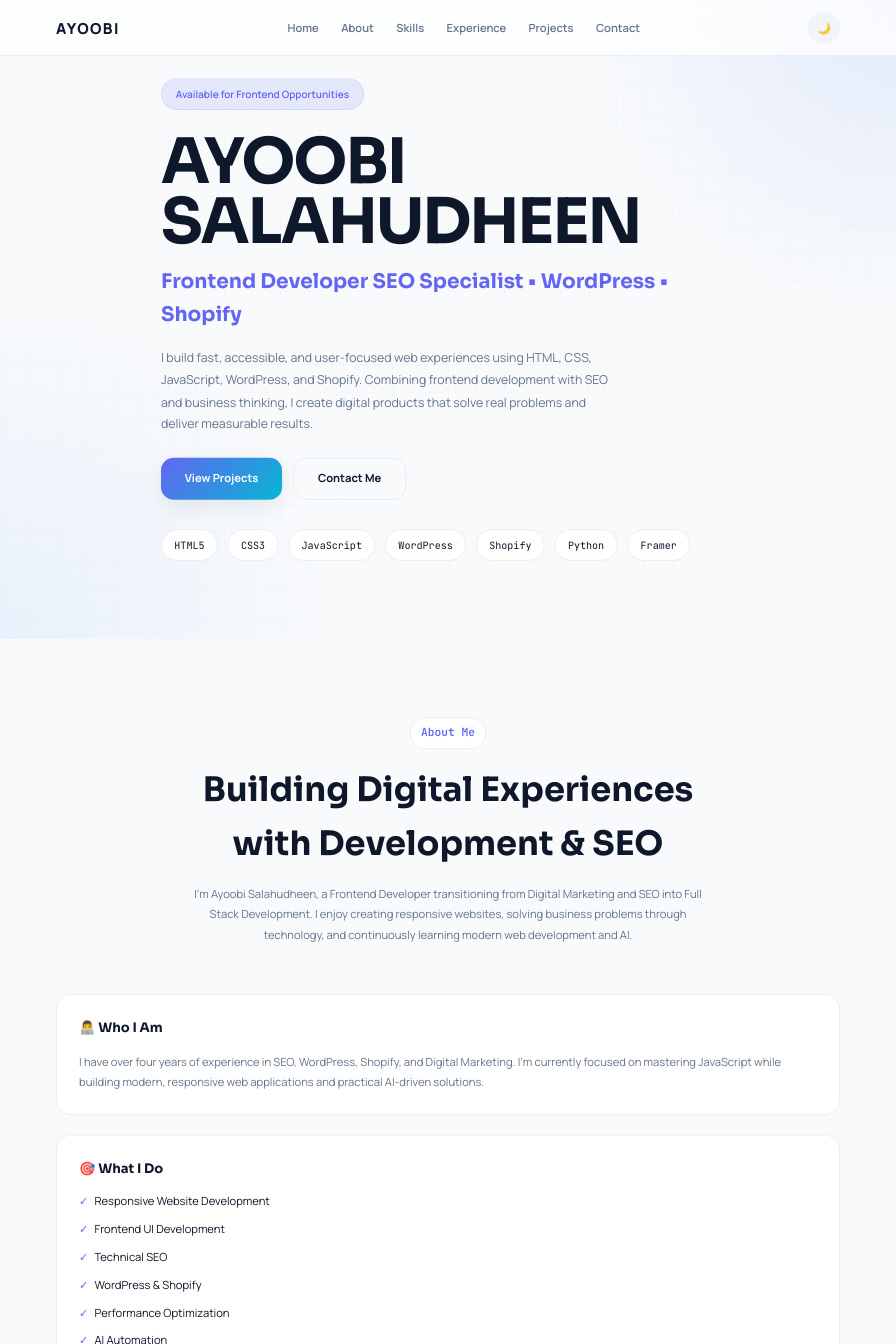
Repository: Aybscoder/portfolio
Page: index.html
These files come from the project's save history. The page is drawn as it stood at one moment and after the next save; the edit follows.
The browser window is 1280 px wide. The pictures show the part of the page from y = 0 to 1920 px (the page is 10005 px tall), at 70% of full size.

Above is the page before, as saved 2026-07-10 14:20:11.

### index.html
<!DOCTYPE html>
<html lang="en">
<head>
<meta charset="UTF-8">
<meta name="viewport" content="width=device-width, initial-scale=1.0">
<meta name="description" content="Portfolio of Ayoobi Salahudheen">
<link rel="preconnect" href="https://fonts.googleapis.com">
<link rel="preconnect" href="https://fonts.gstatic.com" crossorigin>
<link rel="stylesheet" href="https://cdnjs.cloudflare.com/ajax/libs/font-awesome/6.7.2/css/all.min.css">
<link href="https://fonts.googleapis.com/css2?family=JetBrains+Mono:wght@400;600&family=Manrope:wght@400;500;600;700;800&family=Sora:wght@500;600;700;800&display=swap" rel="stylesheet">
<title>Ayoobi Salahudheen | Frontend Developer</title>

<link rel="icon" href="assets/icons/favicon.svg" type="image/svg+xml">

<link rel="stylesheet" href="css/reset.css">
<link rel="stylesheet" href="css/variables.css">
<link rel="stylesheet" href="css/layout.css">
<link rel="stylesheet" href="css/components.css">
<link rel="stylesheet" href="css/sections.css">
<link rel="stylesheet" href="css/animations.css">
<link rel="stylesheet" href="css/responsive.css">
</head>
<body>

<div class="scroll-progress"></div>

<header id="header">
<div class="container nav-wrapper">
<a class="logo" href="#home">AYOOBI</a>

<nav id="nav">
<a href="#home">Home</a>
<a href="#about">About</a>
<a href="#skills">Skills</a>
<a href="#experience">Experience</a>
<a href="#projects">Projects</a>
<a href="#contact">Contact</a>
</nav>

<div class="nav-actions">
<button id="themeToggle">🌙</button>
<button id="menuToggle">☰</button>
</div>

</div>
</header>

<main>

<section id="home" class="hero">
<div class="container hero-content">

<span class="badge">Available for Frontend Opportunities</span>

<h1>AYOOBI<br>SALAHUDHEEN</h1>

<h2>Frontend Developer
SEO Specialist • WordPress • Shopify</h2>

<p>
I build fast, accessible, and user-focused web experiences using HTML, CSS, JavaScript, WordPress, and Shopify. Combining frontend development with SEO and business thinking, I create digital products that solve real problems and deliver measurable results.

</p>

<div class="hero-buttons">
<a class="btn btn-primary" href="#projects">View Projects</a>
<a class="btn btn-secondary" href="#contact">Contact Me</a>
</div>

<ul class="hero-tags">
<li>HTML5</li>
<li>CSS3</li>
<li>JavaScript</li>
<li>WordPress</li>
<li>Shopify</li>
<li>Python</li>
<li>Framer</li>
</ul>

</div>
</section>

<section id="about" class="about">

    <div class="container">

        <div class="section-header">

            <span class="section-tag">
                About Me
            </span>

            <h2>
                Building Digital Experiences with Development & SEO
            </h2>

            <p>
                I'm Ayoobi Salahudheen, a Frontend Developer transitioning from Digital Marketing and SEO into Full Stack Development. I enjoy creating responsive websites, solving business problems through technology, and continuously learning modern web development and AI.
            </p>

        </div>

        <div class="about-grid">

            <article class="about-card">

                <h3>👨‍💻 Who I Am</h3>

                <p>
                    I have over four years of experience in SEO, WordPress, Shopify, and Digital Marketing. I'm currently focused on mastering JavaScript while building modern, responsive web applications and practical AI-driven solutions.
                </p>

            </article>

            <article class="about-card">

                <h3>🎯 What I Do</h3>

                <ul>

                    <li>Responsive Website Development</li>

                    <li>Frontend UI Development</li>

                    <li>Technical SEO</li>

                    <li>WordPress & Shopify</li>

                    <li>Performance Optimization</li>

                    <li>AI Automation</li>

                </ul>

            </article>

            <article class="about-card">

                <h3>🚀 Career Vision</h3>

                <p>
                    My goal is to become a Full Stack Developer who combines frontend development, backend technologies, AI, and business strategy to build scalable products that solve real-world problems.
                </p>

            </article>

            <div class="stats-card">

                <div class="stat stat-blue">
                    <h2>4+</h2>
                    <span>Years Experience</span>
                </div>

                <div class="stat stat-green">
                    <h2>50+</h2>
                    <span>Projects</span>
                </div>

                <div class="stat stat-orange">
                    <h2>20+</h2>
                    <span>Clients</span>
                </div>

                <div class="stat stat-pink">
                    <h2>∞</h2>
                    <span>Learning</span>
                </div>

            </div>

        </div>

    </div>

</section>
<section id="skills" class="skills">

    <div class="container">

        <div class="section-header">

            <span class="section-tag">Skills</span>

            <h2>Technologies & Tools</h2>

            <p>
                A combination of frontend development, SEO expertise, CMS platforms, and modern tools that help me build fast, responsive, and business-focused digital experiences.
            </p>

        </div>

        <div class="skills-grid">

            <div class="skill-card">

                <h3>🌐 Frontend Development</h3>

                <ul>
                    <li>HTML5</li>
                    <li>CSS3</li>
                    <li>JavaScript (ES6+)</li>
                    <li>Responsive Design</li>
                    <li>Flexbox & Grid</li>
                    <li>DOM Manipulation</li>
                </ul>

            </div>

            <div class="skill-card">

                <h3>⚛️ Currently Learning</h3>

                <ul>
                    <li>React.js</li>
                    <li>Next.js</li>
                    <li>Node.js</li>
                    <li>Python</li>
                    <li>REST APIs</li>
                    <li>AI Integration</li>
                </ul>

            </div>

            <div class="skill-card">

                <h3>🛒 CMS & Platforms</h3>

                <ul>
                    <li>WordPress</li>
                    <li>Shopify</li>
                    <li>Elementor</li>
                    <li>Framer</li>
                </ul>

            </div>

            <div class="skill-card">

                <h3>📈 SEO & Digital Marketing</h3>

                <ul>
                    <li>Technical SEO</li>
                    <li>Google Search Console</li>
                    <li>Google Analytics 4</li>
                    <li>Keyword Research</li>
                    <li>On-Page SEO</li>
                    <li>Content Strategy</li>
                </ul>

            </div>

            <div class="skill-card">

                <h3>🧰 Tools</h3>

                <ul>
                    <li>Git</li>
                    <li>GitHub</li>
                    <li>VS Code</li>
                    <li>Figma</li>
                    <li>Canva</li>
                    <li>Postman</li>
                </ul>

            </div>

            <div class="skill-card">

                <h3>💡 Soft Skills</h3>

                <ul>
                    <li>Problem Solving</li>
                    <li>Communication</li>
                    <li>Team Collaboration</li>
                    <li>Project Planning</li>
                    <li>Continuous Learning</li>
                    <li>Business Thinking</li>
                </ul>

            </div>

        </div>

    </div>

</section>
<section id="experience" class="experience">

    <div class="container">

        <div class="section-header">

            <span class="section-tag">Experience</span>

            <h2>Professional Journey</h2>

            <p>
                Over the past four years, I've worked across digital marketing, SEO, website management, and frontend development. Each role has strengthened my technical and problem-solving skills while helping businesses improve their online presence.
            </p>

        </div>

        <div class="timeline">

            <article class="timeline-item">

                <div class="timeline-year">
                    2025 – 2026
                </div>

                <div class="timeline-content">

                    <h3>Marketing Specialist</h3>

                    <h4>Odidor</h4>

                    <p>
                        Managing website content, SEO strategy, blog publishing, analytics, and digital marketing campaigns while supporting business growth through data-driven decisions.
                    </p>

                    <ul>
                        <li>Technical SEO & Website Optimization</li>
                        <li>Content Planning & Publishing</li>
                        <li>Analytics & Reporting</li>
                        <li>Marketing Strategy</li>
                    </ul>

                </div>

            </article>

            <article class="timeline-item">

                <div class="timeline-year">
                    2024 – 2025
                </div>

                <div class="timeline-content">

                    <h3>Digital Marketing & IT</h3>

                    <h4>Thanima Farm Life</h4>

                    <p>
                        Led digital transformation initiatives including website improvements, booking systems, SEO, social media, and development of sustainability-focused digital tools.
                    </p>

                    <ul>
                        <li>Carbon Footprint Calculator</li>
                        <li>Website Redesign</li>
                        <li>SEO & Performance</li>
                        <li>Booking Platform Integration</li>
                    </ul>

                </div>

            </article>

            <article class="timeline-item">

                <div class="timeline-year">
                    2024
                </div>

                <div class="timeline-content">

                    <h3>SEO Analyst</h3>

                    <h4>TapClone</h4>

                    <p>
                        Worked on technical SEO audits, keyword research, website optimization, and improving organic search visibility for multiple client websites.
                    </p>

                    <ul>
                        <li>Technical SEO</li>
                        <li>Keyword Research</li>
                        <li>Performance Optimization</li>
                        <li>Content Optimization</li>
                    </ul>

                </div>

            </article>

            <article class="timeline-item">

                <div class="timeline-year">
                    2022 – 2024
                </div>

                <div class="timeline-content">

                    <h3>Digital Marketing Executive</h3>

                    <h4>Y2Z Labs Pvt Ltd</h4>

                    <p>
                        Managed SEO, paid campaigns, social media marketing, reporting, and customer engagement while working closely with cross-functional teams.
                    </p>

                    <ul>
                        <li>SEO & SEM</li>
                        <li>Social Media Marketing</li>
                        <li>Google Ads</li>
                        <li>Customer Success</li>
                    </ul>

                </div>

            </article>

        </div>

    </div>

</section>
<section id="projects" class="projects">

    <div class="container">

        <div class="section-header">

            <span class="section-tag">Projects</span>

            <h2>Projects & Case Studies</h2>

            <p>
                A collection of projects that demonstrate my approach to solving real-world business problems through frontend development, SEO, automation, and user-focused design.
            </p>

        </div>

        <div class="projects-grid">

            <!-- Project 1 -->

            <article class="project-card">

                <span class="project-type">Sustainability Tool</span>

                <h3>🌱 Carbon Footprint Calculator</h3>

                <h4>Challenge</h4>

                <p>
                    Visitors had no simple way to understand or measure their environmental impact during their stay.
                </p>

                <h4>Solution</h4>

                <p>
                    Designed and developed an interactive carbon footprint calculator that estimates emissions based on user activities and generates easy-to-understand results.
                </p>

                <h4>Business Impact</h4>

                <ul>
                    <li>Improved visitor engagement.</li>
                    <li>Supported sustainability awareness.</li>
                    <li>Strengthened the resort's eco-friendly brand identity.</li>
                </ul>

            </article>

            <!-- Project 2 -->

            <article class="project-card">

                <span class="project-type">Frontend Development</span>

                <h3>💼 Developer Portfolio</h3>

                <h4>Challenge</h4>

                <p>
                    Needed a professional portfolio that represents both technical development skills and digital marketing experience.
                </p>

                <h4>Solution</h4>

                <p>
                    Built a fully responsive portfolio using HTML, CSS, and JavaScript with a strong focus on performance, accessibility, and clean user experience.
                </p>

                <h4>Business Impact</h4>

                <ul>
                    <li>Professional online presence.</li>
                    <li>Showcases technical capabilities.</li>
                    <li>Supports job applications and freelance opportunities.</li>
                </ul>

            </article>

            <!-- Project 3 -->

            <article class="project-card">

                <span class="project-type">E-Commerce</span>

                <h3>🛍 Shopify Store Customization</h3>

                <h4>Challenge</h4>

                <p>
                    The client required a storefront that better reflected their brand while improving usability across devices.
                </p>

                <h4>Solution</h4>

                <p>
                    Customized Shopify themes, improved responsive layouts, and optimized user interface elements for a smoother shopping experience.
                </p>

                <h4>Business Impact</h4>

                <ul>
                    <li>Improved customer experience.</li>
                    <li>Consistent brand presentation.</li>
                    <li>Better mobile usability.</li>
                </ul>

            </article>

            <!-- Project 4 -->

            <article class="project-card">

                <span class="project-type">SEO Analytics</span>

                <h3>📊 SEO Dashboard</h3>

                <h4>Challenge</h4>

                <p>
                    Website performance data was spread across multiple tools, making analysis slow and inefficient.
                </p>

                <h4>Solution</h4>

                <p>
                    Built a dashboard concept to organize traffic insights, keyword rankings, and technical SEO metrics into a single view.
                </p>

                <h4>Business Impact</h4>

                <ul>
                    <li>Faster reporting.</li>
                    <li>Improved decision-making.</li>
                    <li>Centralized SEO monitoring.</li>
                </ul>

            </article>

            <!-- Project 5 -->

            <article class="project-card">

                <span class="project-type">JavaScript Project</span>

                <h3>📝 Expense Tracker</h3>

                <h4>Challenge</h4>

                <p>
                    Managing daily expenses manually makes it difficult to understand spending habits.
                </p>

                <h4>Solution</h4>

                <p>
                    Developed an expense tracker using JavaScript with category filtering, total calculations, and browser storage.
                </p>

                <h4>Business Impact</h4>

                <ul>
                    <li>Improved financial tracking.</li>
                    <li>Simple user interface.</li>
                    <li>Persistent local data storage.</li>
                </ul>

            </article>

            <!-- Project 6 -->

            <article class="project-card">

                <span class="project-type">JavaScript Project</span>

                <h3>✅ To-Do App</h3>

                <h4>Challenge</h4>

                <p>
                    Users needed a simple way to manage everyday tasks without losing data after refreshing the page.
                </p>

                <h4>Solution</h4>

                <p>
                    Built a task management application with CRUD operations and Local Storage integration.
                </p>

                <h4>Business Impact</h4>

                <ul>
                    <li>Improved task organization.</li>
                    <li>Simple productivity tool.</li>
                    <li>Persistent data management.</li>
                </ul>

            </article>

            <!-- Project 7 -->

            <article class="project-card">

                <span class="project-type">JavaScript Project</span>

                <h3>🧾 Notes App</h3>

                <h4>Challenge</h4>

                <p>
                    Quickly capturing ideas and personal notes without relying on external applications.
                </p>

                <h4>Solution</h4>

                <p>
                    Created a lightweight notes application with Local Storage support and an intuitive interface.
                </p>

                <h4>Business Impact</h4>

                <ul>
                    <li>Quick note management.</li>
                    <li>Offline usability.</li>
                    <li>Improved productivity.</li>
                </ul>

            </article>

            <!-- Project 8 -->

            <article class="project-card">

                <span class="project-type">Case Study</span>

                <h3>🏨 Thanima Farm Life Website</h3>

                <h4>Challenge</h4>

                <p>
                    The website needed better visibility, stronger branding, and a smoother customer journey for bookings.
                </p>

                <h4>Solution</h4>

                <p>
                    Led website improvements, SEO optimization, content strategy, booking integrations, and digital marketing initiatives.
                </p>

                <h4>Business Impact</h4>

                <ul>
                    <li>Improved online visibility.</li>
                    <li>Better customer experience.</li>
                    <li>Stronger digital presence.</li>
                </ul>

            </article>

        </div>

    </div>

</section>
<section id="contact" class="contact">

    <div class="container">

        <div class="section-header">

            <span class="section-tag">Contact</span>

            <h2>Let's Build Something Great Together</h2>

            <p>
                Whether you're looking for a frontend developer, need help with website optimization, or want to discuss a project, I'd be happy to connect.
            </p>

        </div>

        <div class="contact-grid">

            <div class="contact-info">

                <div class="contact-card">

                    <h3>📍 Location</h3>

                    <p>Palakkad, Kerala, India</p>

                </div>

                <div class="contact-card">

                    <h3>💼 Current Focus</h3>

                    <p>
                        Frontend Development • JavaScript • Responsive Web Development • SEO • WordPress • Shopify
                    </p>

                </div>

                <div class="contact-card">

                    <h3>🎯 Open To</h3>

                    <ul>

                        <li>Frontend Developer Roles</li>

                        <li>Freelance Projects</li>

                        <li>Remote Opportunities</li>

                        <li>Website Development</li>

                        <li>SEO Consulting</li>

                    </ul>

                </div>

            </div>

            <div class="contact-form">

                <h3>Send a Message</h3>

                <form>

                    <input
                        type="text"
                        placeholder="Your Name"
                        required>

                    <input
                        type="email"
                        placeholder="Email Address"
                        required>

                    <input
                        type="text"
                        placeholder="Subject">

                    <textarea
                        rows="6"
                        placeholder="Tell me about your project..."></textarea>

                    <button
                        type="submit"
                        class="btn btn-primary">

                        Send Message

                    </button>

                </form>

            </div>

        </div>

    </div>

</section>

</main>

<footer>

    <div class="container footer-content">

        <p>

            © <span id="year"></span>

            Ayoobi Salahudheen

        </p>

        <div class="footer-socials">

            <a href="https://github.com/Aybscoder"
               target="_blank">

               <i class="fa-brands fa-github"></i>

            </a>

            <a href="https://linkedin.com/in/ayoobi-salahudheen-89332045"
               target="_blank">

                <i class="fa-brands fa-linkedin-in"></i>

            </a>

        </div>

    </div>

</footer>

<button id="scrollTopBtn" aria-label="Back to top">
    ↑
</button>

<script src="js/data.js"></script>
<script src="js/theme.js"></script>
<script src="js/navigation.js"></script>
<script src="js/animations.js"></script>
<script src="js/main.js"></script>



</body>
</html>

### css/animations.css
/* Animations */

.fade-up{

    opacity:0;

    transform:translateY(40px);

}

Loaded but not shown: js/main.js (58 lines, source omitted); js/theme.js (25 lines, source omitted); js/data.js (5 lines, source omitted); js/navigation.js (3 lines, source omitted); js/animations.js (3 lines, source omitted); css/sections.css (786 lines, source omitted); css/components.css (414 lines, source omitted); css/responsive.css (195 lines, source omitted); css/variables.css (116 lines, source omitted); css/reset.css (121 lines, source omitted); css/layout.css (90 lines, source omitted)

After the next save:
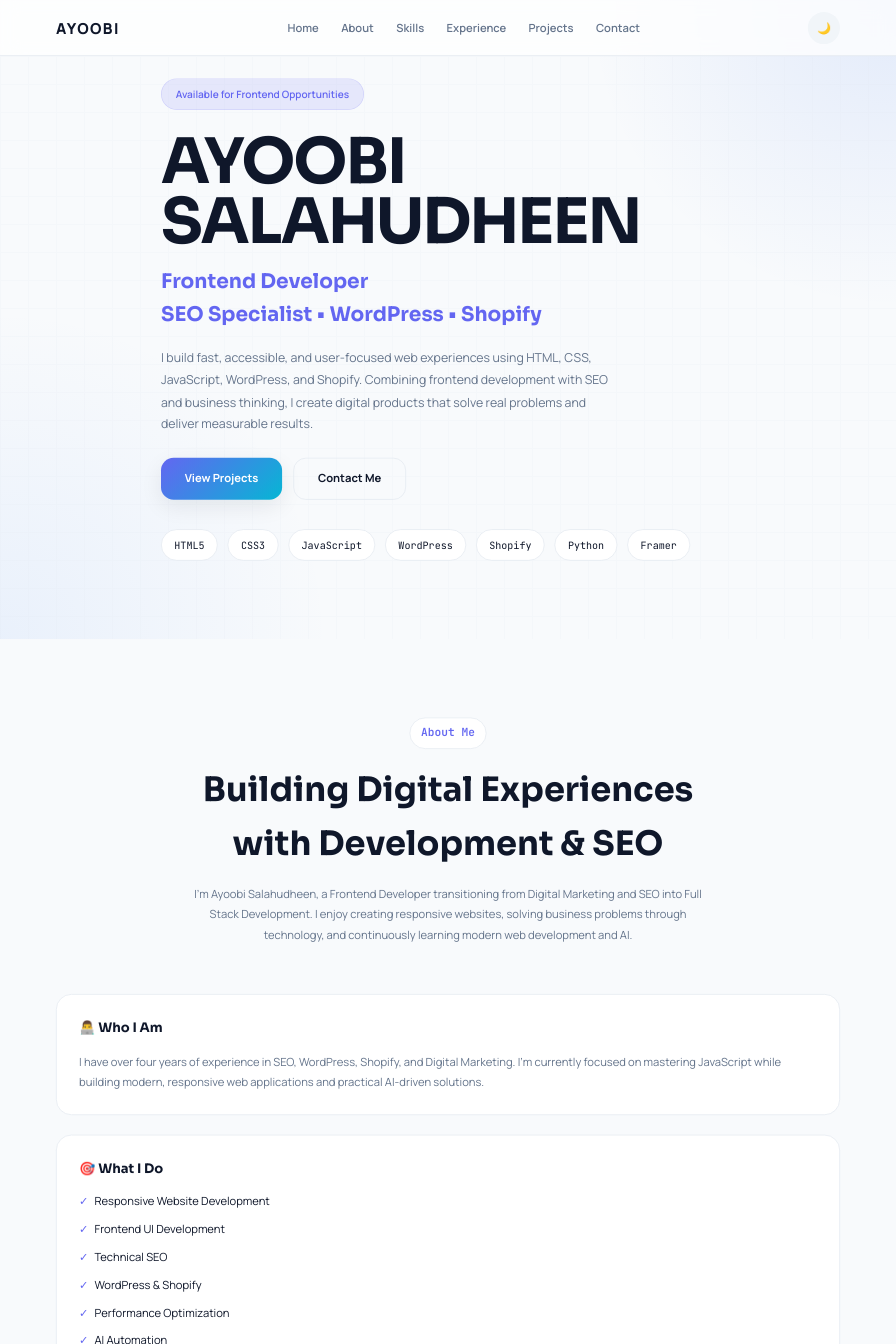
Saved 25 s later.
--- a/index.html
+++ b/index.html
@@ -54,7 +54,7 @@
 
 <h1>AYOOBI<br>SALAHUDHEEN</h1>
 
-<h2>Frontend Developer
+<h2>Frontend Developer <br>
 SEO Specialist • WordPress • Shopify</h2>
 
 <p>
